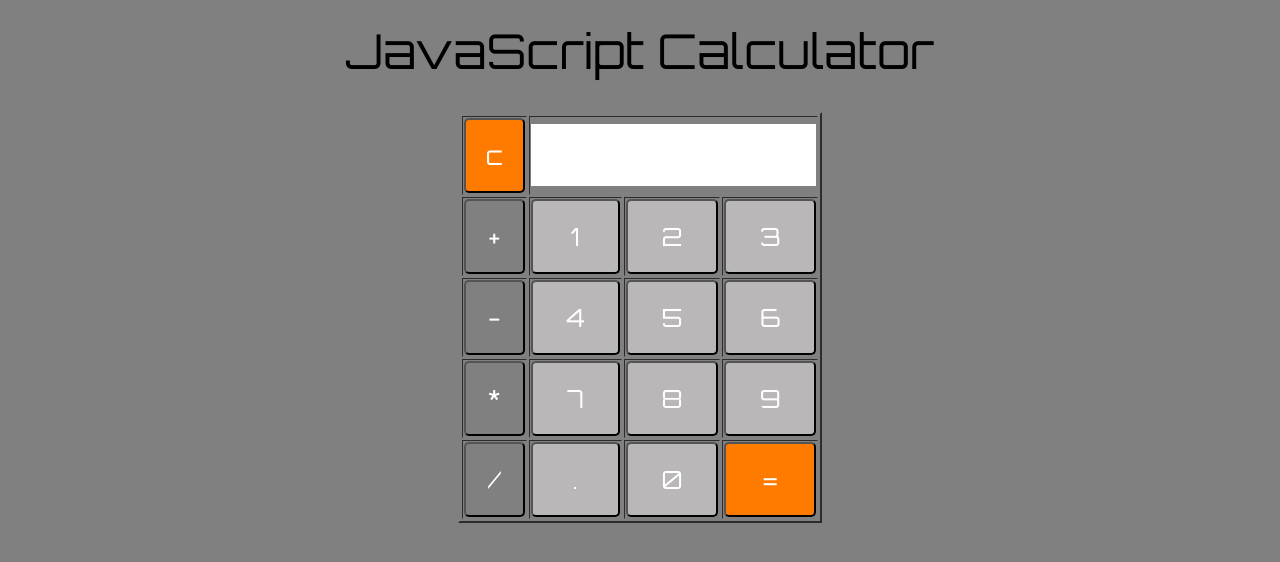
Repository: spidero7/Simple-Calculator
Page: index.html
An editor plug-in stored every save of this project. The page is shown before and after the next save, followed by the edit.
The browser window is 1280 px wide. The pictures show the whole page.

Above is the page before, as saved 2021-09-16 08:03:08.

### index.html
<!DOCTYPE html>
<html lang="en">
<head>
    <meta charset="UTF-8">
    <meta http-equiv="X-UA-Compatible" content="IE=edge">
    <meta name="viewport" content="width=device-width, initial-scale=1.0">
    <title>Calculator</title>
    <link rel="stylesheet" href="style.css">
    <link rel="preconnect" href="https://fonts.googleapis.com">
    <link rel="preconnect" href="https://fonts.gstatic.com" crossorigin>
    <link href="https://fonts.googleapis.com/css2?family=Orbitron&display=swap" rel="stylesheet">
</head>
<body>
        <div class="title">JavaScript Calculator</div>
        <div class="calculator-container">
            <table border="2">
                <tr>
                    <td><input type="button" value="c" onclick="clr()"/></td>
                    <td colspan="3"><input type="text" id="textval"/></td>
                </tr>
                <tr>
                    <td><input type="button" value="+" class="action" onclick="display('+')"/></td>
                    <td><input type="button" value="1" class="numbers" onclick="display('1')"/></td>
                    <td><input type="button" value="2" class="numbers" onclick="display('2')"/></td>
                    <td><input type="button" value="3" class="numbers" onclick="display('3')"/></td>
                </tr>
                <tr>
                    <td><input type="button" value="-" class="action" onclick="display('-')"/></td>
                    <td><input type="button" value="4" class="numbers" onclick="display('4')"/></td>
                    <td><input type="button" value="5" class="numbers" onclick="display('5')"/></td>
                    <td><input type="button" value="6" class="numbers" onclick="display('6')"/></td>
                </tr>
                <tr>
                    <td><input type="button" value="*" class="action" onclick="display('*')"/></td>
                    <td><input type="button" value="7" class="numbers" onclick="display('7')"/></td>
                    <td><input type="button" value="8" class="numbers" onclick="display('8')"/></td>
                    <td><input type="button" value="9" class="numbers" onclick="display('9')"/></td>
                </tr>
                <tr>
                    <td><input type="button" value="/" class="action" onclick="display('/')"/></td>
                    <td><input type="button" value="." class="numbers" onclick="display('.')"/></td>
                    <td><input type="button" value="0" class="numbers" onclick="display('0')"/></td>
                    <td><input type="button" value="=" class="equals" onclick="equals()"/></td>
                </tr>
            </table>
        </div>
    <script src="app.js"></script>
</body>
</html>

### style.css
* {
    box-sizing: border-box;
    font-family: 'Orbitron', sans-serif;
}

body {
    margin: 0;
    padding: 0;
    background-color: gray;
}

.calculator-container {
    display: flex;
    justify-content: center;
    align-items: center;
    width: 100vw;
    height: 60vh;
}

.title {
    display: flex;
    text-align: center;
    margin: 20px;
    font-size: 3rem;
    justify-content: center;
}


input[type="button"] {
    color: white;
    border-radius: 5px;
    border-color: black;
    width: 100%;
    padding: 20px;
    font-size: 25px;
    cursor: pointer;
}

input[type="text"] {
    text-align: right;
    background-color: none;
    color: black;
    border: none;
    width: 100%;
    padding: 20px;
    font-size: 18px;
}

input[value="c"], .equals {
    background-color: rgb(255, 123, 0);
}

.action {
    background-color: grey;
}

.numbers {
    background-color: rgb(185, 183, 183);
}

.spacing {
    letter-spacing: 10px;
}

### app.js
function display(val) {
    document.getElementById("textval").value+=val
}

function equals() {
    let x = document.getElementById("textval").value
    let y = eval(x)
    document.getElementById('textval').value = y
}

function clr() {
    document.getElementById('textval').value = ""
}

After the next save:
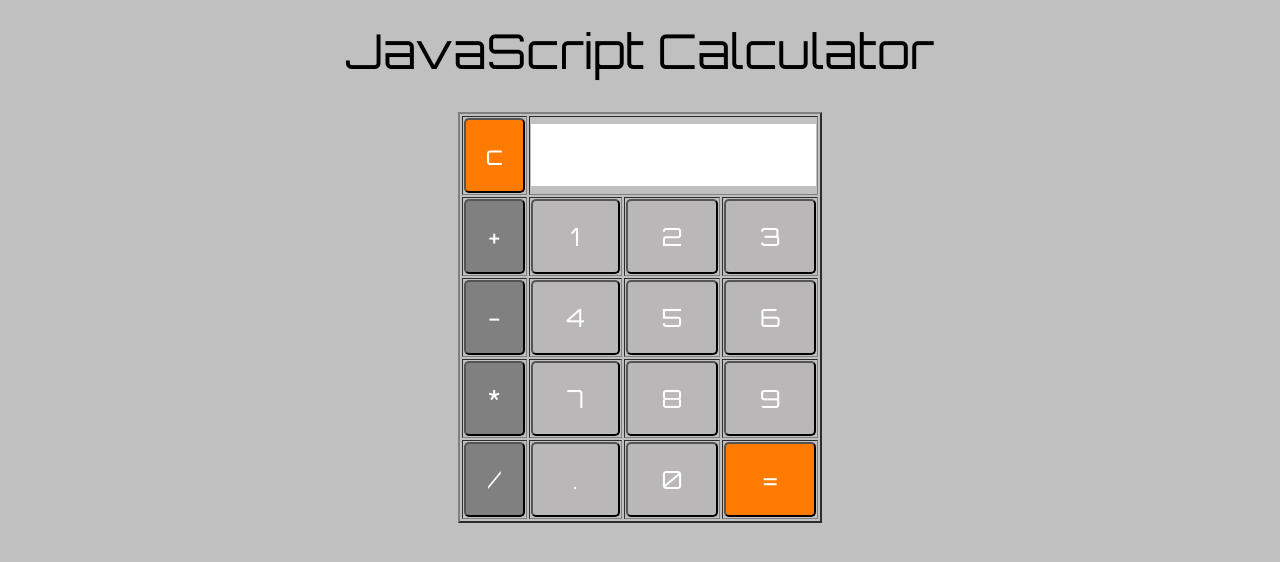
Saved 8 s later.
--- a/style.css
+++ b/style.css
@@ -6,7 +6,7 @@
 body {
     margin: 0;
     padding: 0;
-    background-color: gray;
+    background-color: rgb(192, 192, 192);
 }
 
 .calculator-container {
